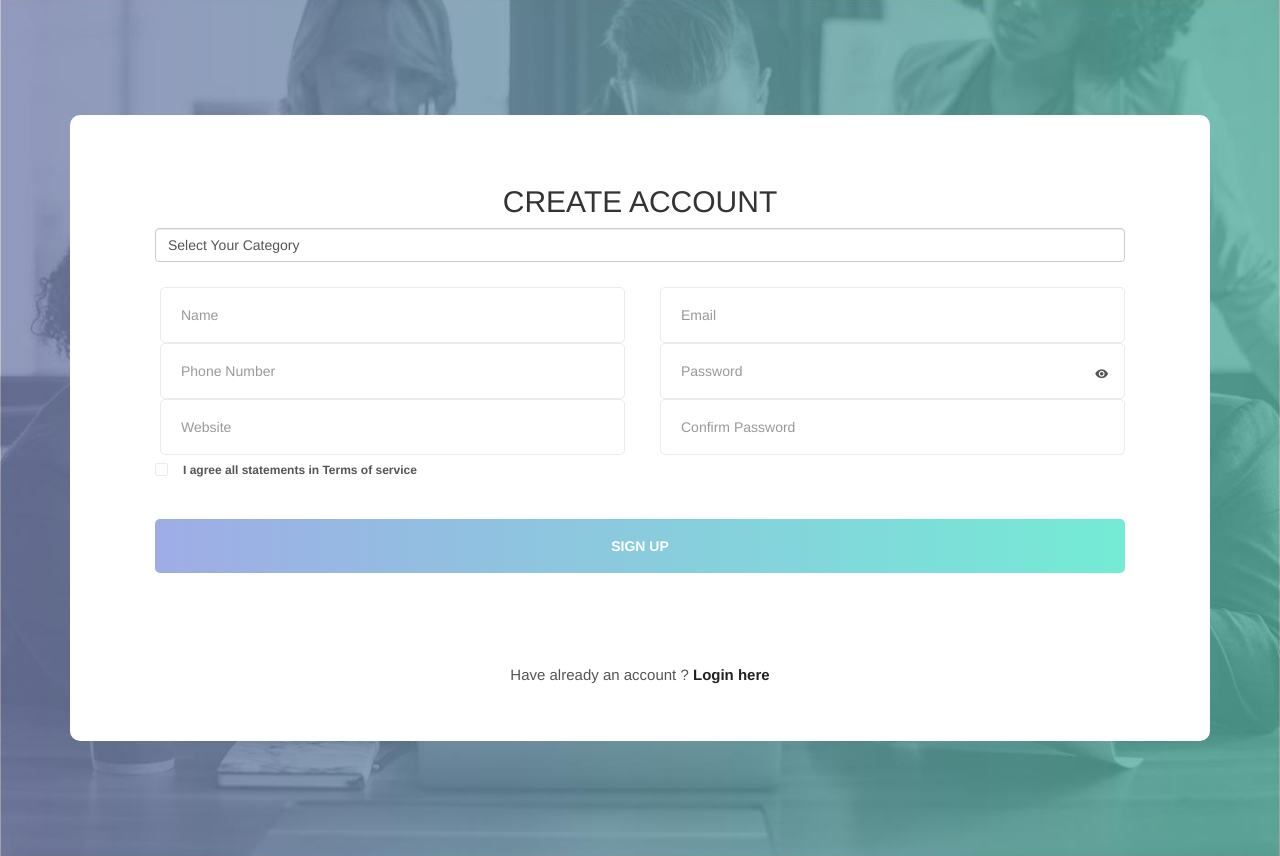
Repository: zainbt/Career_Bridge
Page: static/register/register.html
The author's editor kept a copy of each file at every save. The page is drawn from the files as they stood at one save, then again after the next save.
The browser window is 1280 px wide. The pictures show the whole page.

Above is the page before, as saved 2019-11-18 18:23:16.

### static/register/register.html
<!DOCTYPE html>
<html lang="en">

<head>
    <meta charset="UTF-8">
    <meta name="viewport" content="width=device-width, initial-scale=1.0">
    <meta http-equiv="X-UA-Compatible" content="ie=edge">
    <title>Sign Up Form by Colorlib</title>

    <!-- Font Icon -->
    <link rel="stylesheet" href="fonts/material-icon/css/material-design-iconic-font.min.css">

    <!-- Main css -->
    <link rel="stylesheet" href="css/style.css">
    <link rel="stylesheet" href="https://maxcdn.bootstrapcdn.com/bootstrap/3.4.0/css/bootstrap.min.css">

</head>

<body>

    <div class="main">

        <section class="signup">
            <!-- <img src="images/signup-bg.jpg" alt=""> -->
            <div class="container">
                <div class="signup-content">
                    <form method="POST" id="signup-form" class="signup-form">
                        <h2 class="form-title">Create account</h2>
                        <div class="form-group">
                            <select class="form-control">
                                <option>Select Your Category</option>
                                <option>Company</option>
                                <option>University</option>
                            </select>
                        </div>
                        <div class="row">
                            <div class="col-md-6 textFields">
                                <input type="text" class="form-input" name="name" id="name" placeholder="Name" />
                                <input type="number" class="form-input" name="number" id="name" placeholder="Phone Number" />
                                <input type="url" class="form-input" name="website" id="name" placeholder="Website" />
                            </div>

                            <div class="col-md-6 textFields">
                                <input type="email" class="form-input" name="email" id="email" placeholder="Email" />
                                <input type="password" class="form-input" name="password" id="password" placeholder="Password" />
                                <span toggle="#password" class="zmdi zmdi-eye field-icon toggle-password"></span>
                                <input type="password" class="form-input" name="re_password" id="re_password" placeholder="Confirm Password" />
                            </div>
                        </div>
                        <div class="form-group">
                            <input type="checkbox" name="agree-term" id="agree-term" class="agree-term" />
                            <label for="agree-term" class="label-agree-term"><span><span></span></span>I agree all statements in  <a href="#" class="term-service">Terms of service</a></label>
                        </div>
                        <div class="form-group">
                            <input type="submit" name="submit" id="submit" class="form-submit" value="Sign up" />
                        </div>
                    </form>
                    <p class="loginhere">
                        Have already an account ? <a href="signUp.html" class="loginhere-link">Login here</a>
                    </p>

                    <!--
                    <div class="form-group">
                            <input type="text" class="form-input" name="name" id="name" placeholder="Name" />
                        </div>
                        <div class="form-group">
                            <input type="number" class="form-input" name="number" id="name" placeholder="Phone Number" />
                        </div>
                        <div class="form-group">
                            <input type="url" class="form-input" name="website" id="name" placeholder="Website" />
                        </div>
                        <div class="form-group">
                            <input type="email" class="form-input" name="email" id="email" placeholder="Email" />
                        </div>
                        <div class="form-group">
                            <input type="password" class="form-input" name="password" id="password" placeholder="Password" />
                            <span toggle="#password" class="zmdi zmdi-eye field-icon toggle-password"></span>
                        </div>
                        <div class="form-group">
                            <input type="password" class="form-input" name="re_password" id="re_password" placeholder="Confirm Password" />
                        </div>
                    -->


                </div>
            </div>
        </section>

    </div>

    <!-- JS -->
    <script src="vendor/jquery/jquery.min.js"></script>
    <script src="js/main.js"></script>
</body>
<!-- This templates was made by Colorlib (https://colorlib.com) -->

</html>

### static/register/css/style.css
.row {
    display: flex;
}

.textFields {
    margin-top: 10px;
    margin-left: 5px;
}


/* @extend display-flex; */

display-flex,
.display-flex,
.display-flex-center {
    display: flex;
    display: -webkit-flex;
}


/* @extend list-type-ulli; */

list-type-ulli {
    list-style-type: none;
    margin: 0;
    padding: 0;
}


/* Montserrat-300 - latin */

@font-face {
    font-family: 'Montserrat';
    font-style: normal;
    font-weight: 300;
    src: url("../fonts/montserrat/Montserrat-Light.ttf");
    /* IE9 Compat Modes */
}

@font-face {
    font-family: 'Montserrat';
    font-style: normal;
    font-weight: 400;
    src: url("../fonts/montserrat/Montserrat-Regular.ttf");
    /* IE9 Compat Modes */
}

@font-face {
    font-family: 'Montserrat';
    font-style: italic;
    font-weight: 400;
    src: url("../fonts/montserrat/Montserrat-Italic.ttf");
    /* IE9 Compat Modes */
}

@font-face {
    font-family: 'Montserrat';
    font-style: normal;
    font-weight: 500;
    src: url("../fonts/montserrat/Montserrat-Medium.ttf");
    /* IE9 Compat Modes */
}

@font-face {
    font-family: 'Montserrat';
    font-style: normal;
    font-weight: 600;
    src: url("../fonts/montserrat/Montserrat-SemiBold.ttf");
    /* IE9 Compat Modes */
}

@font-face {
    font-family: 'Montserrat';
    font-style: normal;
    font-weight: 700;
    src: url("../fonts/montserrat/Montserrat-Bold.ttf");
    /* IE9 Compat Modes */
}

@font-face {
    font-family: 'Montserrat';
    font-style: italic;
    font-weight: 700;
    src: url("../fonts/montserrat/Montserrat-BoldItalic.ttf");
    /* IE9 Compat Modes */
}

@font-face {
    font-family: 'Montserrat';
    font-style: italic;
    font-weight: 900;
    src: url("../fonts/montserrat/montserrat-v12-latin-900.ttf"), url("../fonts/montserrat/montserrat-v12-latin-900.eot") format("embedded-opentype"), url("../fonts/montserrat/montserrat-v12-latin-900.svg") format("woff2"), url("../fonts/montserrat/montserrat-v12-latin-900.woff") format("woff"), url("../fonts/montserrat/montserrat-v12-latin-900.woff2") format("truetype");
}

a:focus,
a:active {
    text-decoration: none;
    outline: none;
    transition: all 300ms ease 0s;
    -moz-transition: all 300ms ease 0s;
    -webkit-transition: all 300ms ease 0s;
    -o-transition: all 300ms ease 0s;
    -ms-transition: all 300ms ease 0s;
}

input,
select,
textarea {
    outline: none;
    appearance: unset !important;
    -moz-appearance: unset !important;
    -webkit-appearance: unset !important;
    -o-appearance: unset !important;
    -ms-appearance: unset !important;
}

input::-webkit-outer-spin-button,
input::-webkit-inner-spin-button {
    appearance: none !important;
    -moz-appearance: none !important;
    -webkit-appearance: none !important;
    -o-appearance: none !important;
    -ms-appearance: none !important;
    margin: 0;
}

input:focus,
select:focus,
textarea:focus {
    outline: none;
    box-shadow: none !important;
    -moz-box-shadow: none !important;
    -webkit-box-shadow: none !important;
    -o-box-shadow: none !important;
    -ms-box-shadow: none !important;
}

input[type=checkbox] {
    appearance: checkbox !important;
    -moz-appearance: checkbox !important;
    -webkit-appearance: checkbox !important;
    -o-appearance: checkbox !important;
    -ms-appearance: checkbox !important;
}

input[type=radio] {
    appearance: radio !important;
    -moz-appearance: radio !important;
    -webkit-appearance: radio !important;
    -o-appearance: radio !important;
    -ms-appearance: radio !important;
}

img {
    max-width: 100%;
    height: auto;
}

figure {
    margin: 0;
}

p {
    margin-bottom: 0px;
    font-size: 15px;
    color: #777;
}

h2 {
    line-height: 1.66;
    margin: 0;
    padding: 0;
    font-weight: 900;
    color: #222;
    font-family: 'Montserrat';
    font-size: 24px;
    text-transform: uppercase;
    text-align: center;
    margin-bottom: 40px;
}

.clear {
    clear: both;
}

body {
    font-size: 14px;
    line-height: 1.8;
    color: #222;
    font-weight: 400;
    font-family: 'Montserrat';
    background-image: url("../images/signup-bg.jpg");
    background-repeat: no-repeat;
    background-size: cover;
    -moz-background-size: cover;
    -webkit-background-size: cover;
    -o-background-size: cover;
    -ms-background-size: cover;
    background-position: center center;
    padding: 115px 0;
}

.container {
    width: 660px;
    position: relative;
    margin: 0 auto;
}

.display-flex {
    justify-content: space-between;
    -moz-justify-content: space-between;
    -webkit-justify-content: space-between;
    -o-justify-content: space-between;
    -ms-justify-content: space-between;
    align-items: center;
    -moz-align-items: center;
    -webkit-align-items: center;
    -o-align-items: center;
    -ms-align-items: center;
}

.display-flex-center {
    justify-content: center;
    -moz-justify-content: center;
    -webkit-justify-content: center;
    -o-justify-content: center;
    -ms-justify-content: center;
    align-items: center;
    -moz-align-items: center;
    -webkit-align-items: center;
    -o-align-items: center;
    -ms-align-items: center;
}

.position-center {
    position: absolute;
    top: 50%;
    left: 50%;
    transform: translate(-50%, -50%);
    -moz-transform: translate(-50%, -50%);
    -webkit-transform: translate(-50%, -50%);
    -o-transform: translate(-50%, -50%);
    -ms-transform: translate(-50%, -50%);
}

.signup-content {
    background: #fff;
    border-radius: 10px;
    -moz-border-radius: 10px;
    -webkit-border-radius: 10px;
    -o-border-radius: 10px;
    -ms-border-radius: 10px;
    padding: 50px 85px;
}

.form-group {
    overflow: hidden;
    margin-bottom: 20px;
}

.form-input {
    width: 100%;
    border: 1px solid #ebebeb;
    border-radius: 5px;
    -moz-border-radius: 5px;
    -webkit-border-radius: 5px;
    -o-border-radius: 5px;
    -ms-border-radius: 5px;
    padding: 17px 20px;
    box-sizing: border-box;
    font-size: 14px;
    font-weight: 500;
    color: #222;
}

.form-input::-webkit-input-placeholder {
    color: #999;
}

.form-input::-moz-placeholder {
    color: #999;
}

.form-input:-ms-input-placeholder {
    color: #999;
}

.form-input:-moz-placeholder {
    color: #999;
}

.form-input::-webkit-input-placeholder {
    font-weight: 500;
}

.form-input::-moz-placeholder {
    font-weight: 500;
}

.form-input:-ms-input-placeholder {
    font-weight: 500;
}

.form-input:-moz-placeholder {
    font-weight: 500;
}

.form-input:focus {
    border: 1px solid transparent;
    -webkit-border-image-source: -webkit-linear-gradient(to right, #9face6, #74ebd5);
    -moz-border-image-source: -moz-linear-gradient(to right, #9face6, #74ebd5);
    -o-border-image-source: -o-linear-gradient(to right, #9face6, #74ebd5);
    border-image-source: linear-gradient(to right, #9face6, #74ebd5);
    -webkit-border-image-slice: 1;
    border-image-slice: 1;
    border-radius: 5px;
    -moz-border-radius: 5px;
    -webkit-border-radius: 5px;
    -o-border-radius: 5px;
    -ms-border-radius: 5px;
    background-origin: border-box;
    background-clip: content-box, border-box;
}

.form-input:focus::-webkit-input-placeholder {
    color: #222;
}

.form-input:focus::-moz-placeholder {
    color: #222;
}

.form-input:focus:-ms-input-placeholder {
    color: #222;
}

.form-input:focus:-moz-placeholder {
    color: #222;
}

.form-submit {
    width: 100%;
    border-radius: 5px;
    -moz-border-radius: 5px;
    -webkit-border-radius: 5px;
    -o-border-radius: 5px;
    -ms-border-radius: 5px;
    padding: 17px 20px;
    box-sizing: border-box;
    font-size: 14px;
    font-weight: 700;
    color: #fff;
    text-transform: uppercase;
    border: none;
    background-image: -moz-linear-gradient(to left, #74ebd5, #9face6);
    background-image: -ms-linear-gradient(to left, #74ebd5, #9face6);
    background-image: -o-linear-gradient(to left, #74ebd5, #9face6);
    background-image: -webkit-linear-gradient(to left, #74ebd5, #9face6);
    background-image: linear-gradient(to left, #74ebd5, #9face6);
}

input[type=checkbox]:not(old) {
    width: 2em;
    margin: 0;
    padding: 0;
    font-size: 1em;
    display: none;
}

input[type=checkbox]:not(old)+label {
    display: inline-block;
    margin-top: 7px;
    margin-bottom: 25px;
}

input[type=checkbox]:not(old)+label>span {
    display: inline-block;
    width: 13px;
    height: 13px;
    margin-right: 15px;
    margin-bottom: 3px;
    border: 1px solid #ebebeb;
    border-radius: 2px;
    -moz-border-radius: 2px;
    -webkit-border-radius: 2px;
    -o-border-radius: 2px;
    -ms-border-radius: 2px;
    background: white;
    background-image: -moz-linear-gradient(white, white);
    background-image: -ms-linear-gradient(white, white);
    background-image: -o-linear-gradient(white, white);
    background-image: -webkit-linear-gradient(white, white);
    background-image: linear-gradient(white, white);
    vertical-align: bottom;
}

input[type=checkbox]:not(old):checked+label>span {
    background-image: -moz-linear-gradient(white, white);
    background-image: -ms-linear-gradient(white, white);
    background-image: -o-linear-gradient(white, white);
    background-image: -webkit-linear-gradient(white, white);
    background-image: linear-gradient(white, white);
}

input[type=checkbox]:not(old):checked+label>span:before {
    content: '\f26b';
    display: block;
    color: #222;
    font-size: 11px;
    line-height: 1.2;
    text-align: center;
    font-family: 'Material-Design-Iconic-Font';
    font-weight: bold;
}

.label-agree-term {
    font-size: 12px;
    font-weight: 600;
    color: #555;
}

.term-service {
    color: #555;
}

.loginhere {
    color: #555;
    font-weight: 500;
    text-align: center;
    margin-top: 91px;
    margin-bottom: 5px;
}

.loginhere-link {
    font-weight: 700;
    color: #222;
}

.field-icon {
    float: right;
    margin-right: 17px;
    margin-top: -32px;
    position: relative;
    z-index: 2;
    color: #555;
}

@media screen and (max-width: 768px) {
    .container {
        width: calc(100% - 40px);
        max-width: 100%;
    }
}

@media screen and (max-width: 480px) {
    .signup-content {
        padding: 50px 25px;
    }
}


/*# sourceMappingURL=style.css.map */

Loaded but not shown: static/register/fonts/material-icon/css/material-design-iconic-font.min.css (library); static/register/vendor/jquery/jquery.min.js (library); static/register/js/main.js (common file)

After the next save:
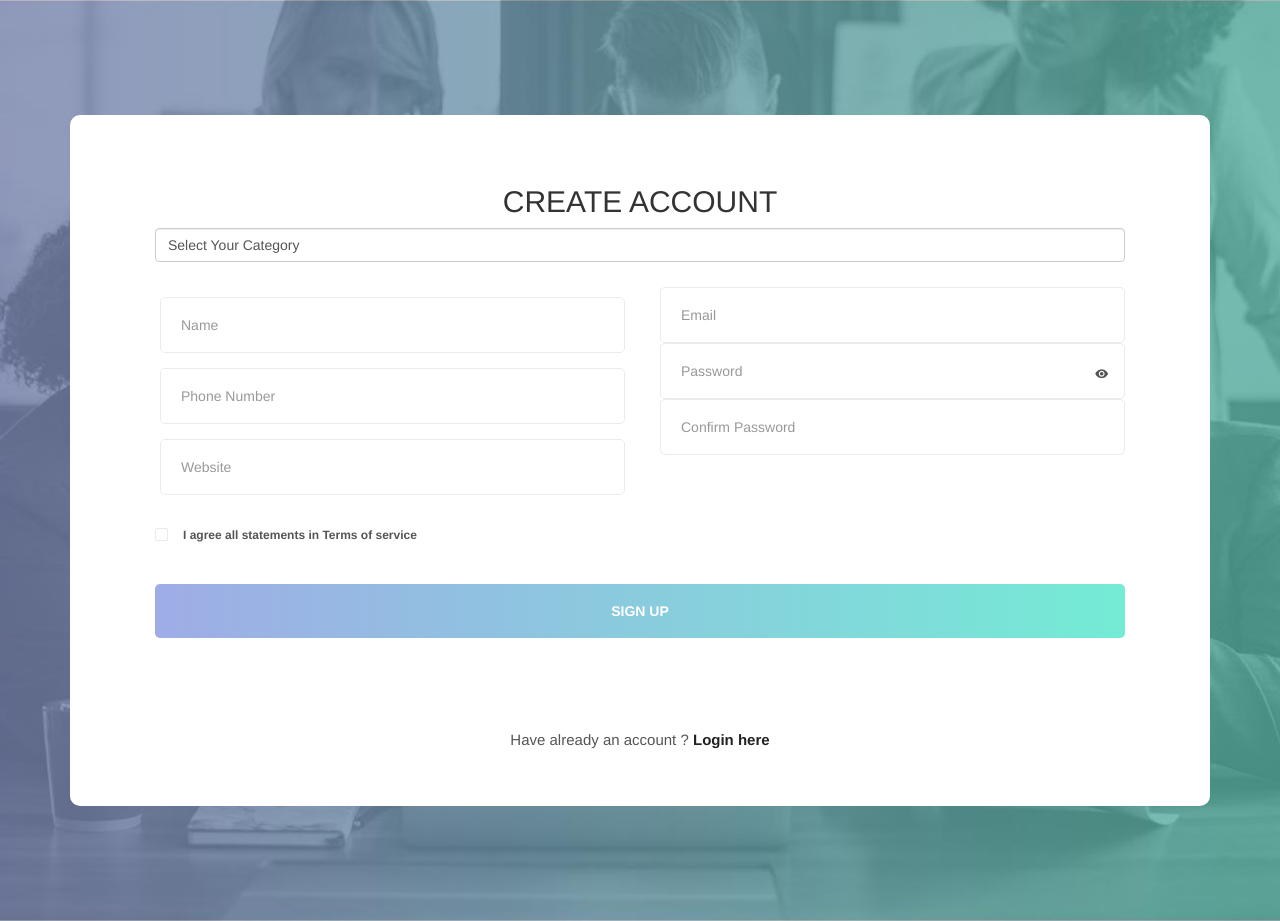
Saved 95 s later.
--- a/static/register/register.html
+++ b/static/register/register.html
@@ -35,9 +35,16 @@
                         </div>
                         <div class="row">
                             <div class="col-md-6 textFields">
-                                <input type="text" class="form-input" name="name" id="name" placeholder="Name" />
-                                <input type="number" class="form-input" name="number" id="name" placeholder="Phone Number" />
-                                <input type="url" class="form-input" name="website" id="name" placeholder="Website" />
+                                <div class="form-group">
+                                    <input type="text" class="form-input" name="name" id="name" placeholder="Name" />
+                                </div>
+                                <div class="form-group">
+                                    <input type="number" class="form-input" name="number" id="name" placeholder="Phone Number" />
+                                </div>
+                                <div class="form-group">
+                                    <input type="url" class="form-input" name="website" id="name" placeholder="Website" />
+                                </div>
+
                             </div>
 
                             <div class="col-md-6 textFields">
@@ -60,15 +67,10 @@
                     </p>
 
                     <!--
-                    <div class="form-group">
-                            <input type="text" class="form-input" name="name" id="name" placeholder="Name" />
-                        </div>
-                        <div class="form-group">
-                            <input type="number" class="form-input" name="number" id="name" placeholder="Phone Number" />
-                        </div>
-                        <div class="form-group">
-                            <input type="url" class="form-input" name="website" id="name" placeholder="Website" />
-                        </div>
+
+                                                        <input type="text" class="form-input" name="name" id="name" placeholder="Name" />
+                                <input type="number" class="form-input" name="number" id="name" placeholder="Phone Number" />
+                                <input type="url" class="form-input" name="website" id="name" placeholder="Website" />
                         <div class="form-group">
                             <input type="email" class="form-input" name="email" id="email" placeholder="Email" />
                         </div>
--- a/static/register/css/style.css
+++ b/static/register/css/style.css
@@ -254,6 +254,7 @@ body {
 }
 
 .form-group {
+    margin-top: 10px;
     overflow: hidden;
     margin-bottom: 20px;
 }
